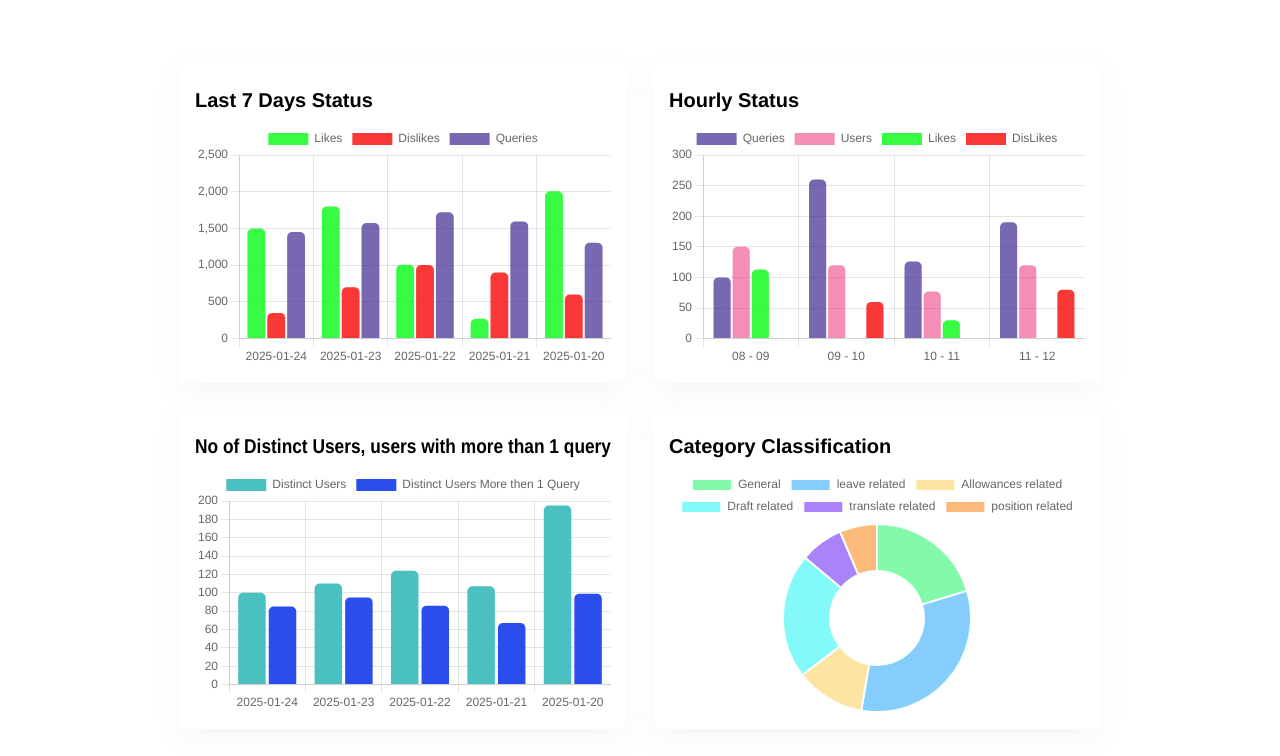
Repository: NAGARAJ-DEVELOPER/Dashboard
Page: /
An editor plug-in stored every save of this project. The page is shown before and after the next save, followed by the edit.
The browser window is 1280 px wide. The pictures show the whole page.
The project was rebuilt for these pictures with package versions that can differ from the ones it lists, and the page was loaded fresh each time. Also part of the build but not shown: vite.config.js.

Above is the page before, as saved 2025-02-12 00:30:21.

### src/App.jsx
import React from "react";
import { Chart as ChartJS, defaults } from "chart.js/auto";
import { Bar, Doughnut, Line, Pie } from "react-chartjs-2";

import "./App.css";


import sourceData from "./data/sourceData.json";
import Week from "./data/7days.json";
import toady from "./data/Today.json";
import user from "./data/Users.json";
import category from "./data/Category.json";

defaults.maintainAspectRatio = false;
defaults.responsive = true;

defaults.plugins.title.display = true;
defaults.plugins.title.align = "start";
defaults.plugins.title.font.size = 20;
defaults.plugins.title.color = "black";

export const App = () => {


  return (
   <>
   <div>
    <br></br>
    <br></br>
   </div>
    <div className="App">

        <div className="dataCard categoryCard">
        <Bar
          data={{
            labels: Week.map((data) => data.DATE1),
            datasets: [
              {
                label: "Likes",
                data: Week.map((data) => data.number_of_likes),
                backgroundColor: [
             "rgba(7, 250, 20, 0.8)",
                ],
                borderRadius: 5,
              },
              {
                label: "Dislikes",
                data: Week.map((data) => data.number_of_dislikes),
                backgroundColor: [

                  "rgba(250, 7, 7, 0.8)",

                ],
                borderRadius: 5,
              },
              {
                label: "Queries",
                data: Week.map((data) => data.number_of_ques),
                backgroundColor: [
                  "rgba(63, 40, 145, 0.7)",
                ],
                borderRadius: 5,
              },
            ],
          }}
          options={{
            plugins: {
              title: {
                text: "Last 7 Days Status",
              },
            },
          }}
        />
      </div>


      <div className="dataCard categoryCard">
        <Bar
          data={{
            labels: toady.map((data) => data.B_TIME),
            datasets: [
              {
                label: "Queries",
                data: toady.map((data) => data.C_Questions),
                backgroundColor: [
                  "rgba(63, 40, 145, 0.7)",
                ],
                borderRadius: 5,
              },
              {
                label: "Users",
                data: toady.map((data) => data.D_Users),
                backgroundColor: [

                  "rgba(235, 43, 117, 0.53)",

                ],
                borderRadius: 5,
              },
              {
                label: "Likes",
                data: toady.map((data) => data.F_Likes),
                backgroundColor: [
                  "rgba(7, 250, 20, 0.8)",
                ],
                borderRadius: 5,
              },
              {
                label: "DisLikes",
                data: toady.map((data) => data.Dis_Likes),
                backgroundColor: [
                  "rgba(250, 7, 7, 0.8)",
                ],
                borderRadius: 5,
              },
            ],
          }}
          options={{
            plugins: {
              title: {
                text: "Hourly Status",
              },
            },
          }}
        />
      </div>
      <div className="dataCard categoryCard">
        <Bar
          data={{
            labels: user.map((data) => data.DATE1),
            datasets: [
              {
                label: "Distinct Users",
                data: user.map((data) => data.number_of_distinct_users),
                backgroundColor: 'rgb(75, 192, 192)',
                borderRadius: 5,
              },
              {
                label: "Distinct Users More then 1 Query",
                data: user.map((data) => data.Distinct_Users_more_1query),
                backgroundColor: 'rgb(42, 77, 235)',
                borderRadius: 5,
              },
            ],
          }}
          options={{
            plugins: {
              title: {
                text: "No of Distinct Users, users with more than 1 query",
              },
            },
          }}
        />
      </div>


      <div className="dataCard categoryCard">
        <Doughnut
          data={{
            labels: category.map((data) => data.category),
            datasets: [
              {
                label: "Count",
                data: category.map((data) => data.COUNT_CAT),
                backgroundColor: [
                  'rgba(7, 245, 86, 0.5)',
        'rgba(10, 155, 252, 0.5)',
        'rgba(252, 201, 72, 0.5)',
        'rgba(10, 243, 243, 0.5)',
        'rgba(86, 6, 245, 0.5)',
        'rgba(247, 129, 11, 0.55)',
                ],
                borderColor: [
                  'rgb(250, 255, 251)',
                  'rgb(250, 255, 251)',
                  'rgb(250, 255, 251)',
                  'rgb(250, 255, 251)',
                  'rgb(250, 255, 251)',
                  'rgb(250, 255, 251)',
                ],animation :Doughnut,
              },
            ],
          }}
          options={{
            plugins: {
              title: {
                text: "Category Classification",
              },
            },
          }}
        />
      </div>
    </div>
    </>
  );
};

### src/App.css
.App {
  height: 100vh;
  width: 100%;
  display: flex;
  flex-direction: row;
  align-items: center;
  justify-content: center;
  align-content: center;
  gap: 2vw;
  flex-wrap: wrap;
  background-color: #ffffff;
  overflow: auto;
}
.Height{

}
.dataCard {
  background-color: #ffffff;
  border-radius: 0.5em;
  box-shadow: rgba(208, 210, 218, 0.2) 0px 8px 24px;
  padding: 1em;
}

.revenueCard {
  width: 92%;
  height: 20rem;
}

.customerCard {
  width: 50%;
  height: 20rem;
}

.categoryCard {
  width: 35%;
  height: 20rem;
}

### src/data/sourceData.json
[
  {
    "label": "Queries",
    "value": 327787
  },
  {
    "label": "Likes",
    "value": 45877
  },
  {
    "label": "Dislikes",
    "value": 238787
  }
]

### src/data/7days.json
[
    {  "DATE1": "2025-01-24", "number_of_dislikes": 350, "number_of_likes": 1500,  "number_of_ques": 1452 },
    {  "DATE1": "2025-01-23", "number_of_dislikes": 700, "number_of_likes": 1800,  "number_of_ques": 1574 },
    {  "DATE1": "2025-01-22", "number_of_dislikes": 1003, "number_of_likes": 1005,  "number_of_ques": 1720 },
    {  "DATE1": "2025-01-21", "number_of_dislikes": 900, "number_of_likes": 270,  "number_of_ques": 1596 },
    {  "DATE1": "2025-01-20", "number_of_dislikes": 600, "number_of_likes": 2005,  "number_of_ques": 1304 }
  ]

### src/data/Today.json
[
  { "A_DATE": "2025-01-27", "B_TIME": "08 - 09", "C_Questions": 100, "D_Users": 150 ,"F_Likes": 113},
  { "A_DATE": "2025-01-27",  "B_TIME": "09 - 10", "C_Questions": 260, "D_Users": 120,"Dis_Likes":60},
  { "A_DATE": "2025-01-27", "B_TIME": "10 - 11", "C_Questions": 126, "D_Users": 77, "F_Likes": 30 },
  { "A_DATE": "2025-01-27", "B_TIME": "11 - 12", "C_Questions": 190, "D_Users": 120,"Dis_Likes":80 }
]

### src/data/Users.json
[
  {  "DATE1": "2025-01-24", "number_of_distinct_users": 100, "Distinct_Users_more_1query": 85 },
  {  "DATE1": "2025-01-23", "number_of_distinct_users": 110, "Distinct_Users_more_1query": 95 },
  {  "DATE1": "2025-01-22", "number_of_distinct_users": 124, "Distinct_Users_more_1query": 86  },
  {  "DATE1": "2025-01-21", "number_of_distinct_users": 107, "Distinct_Users_more_1query": 67  },
  {  "DATE1": "2025-01-20", "number_of_distinct_users": 195, "Distinct_Users_more_1query": 99  }
]

### src/data/Category.json
[
  { "category": "General", "COUNT_CAT": 2434 },
  { "category": "leave related", "COUNT_CAT": 3870 },
  { "category": "Allowances related", "COUNT_CAT": 1430 },
  { "category": "Draft related", "COUNT_CAT": 2569 },
  { "category": "translate related", "COUNT_CAT": 891 },
  { "category": "position related", "COUNT_CAT": 770 }
]

Loaded but not shown: index.html (common file); src/main.jsx (common file); src/index.css (common file)

After the next save:
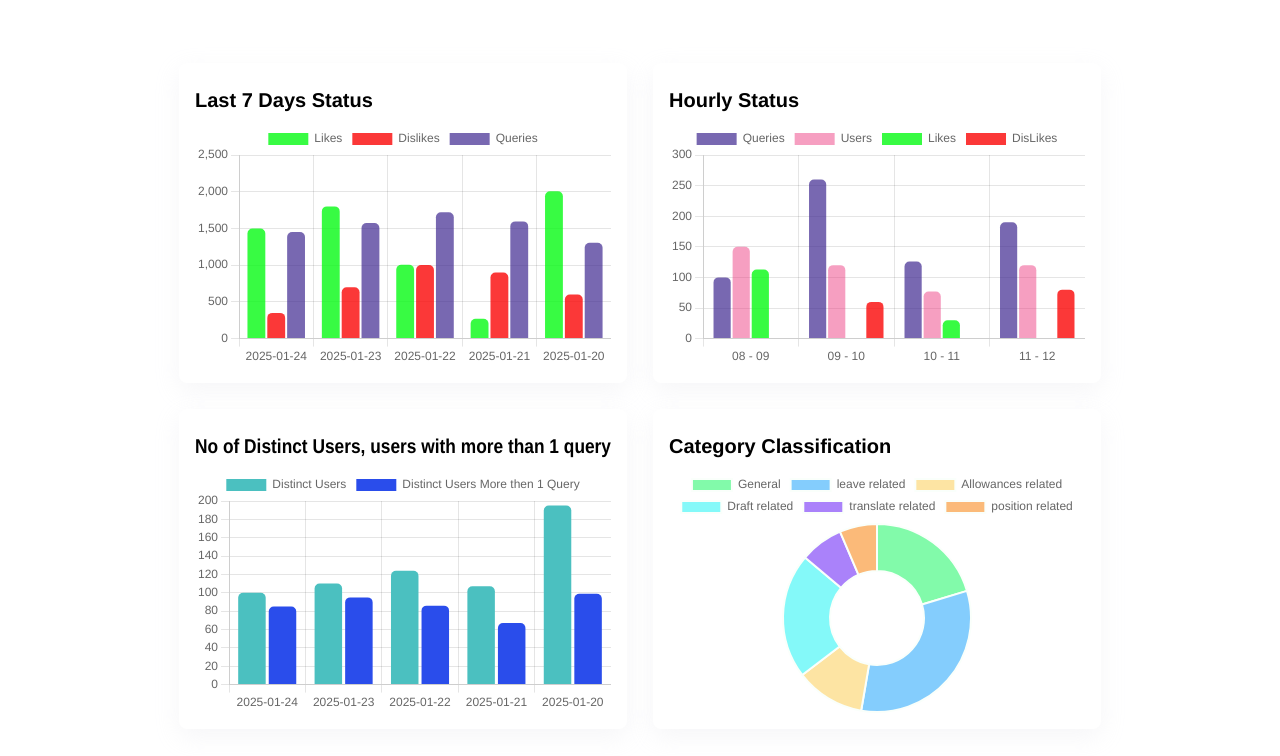
Saved 11 s later.
--- a/src/App.jsx
+++ b/src/App.jsx
@@ -92,7 +92,7 @@ export const App = () => {
                 data: toady.map((data) => data.D_Users),
                 backgroundColor: [
 
-                  "rgba(235, 43, 117, 0.53)",
+                  "rgba(235, 43, 117, 0.45)",
 
                 ],
                 borderRadius: 5,
